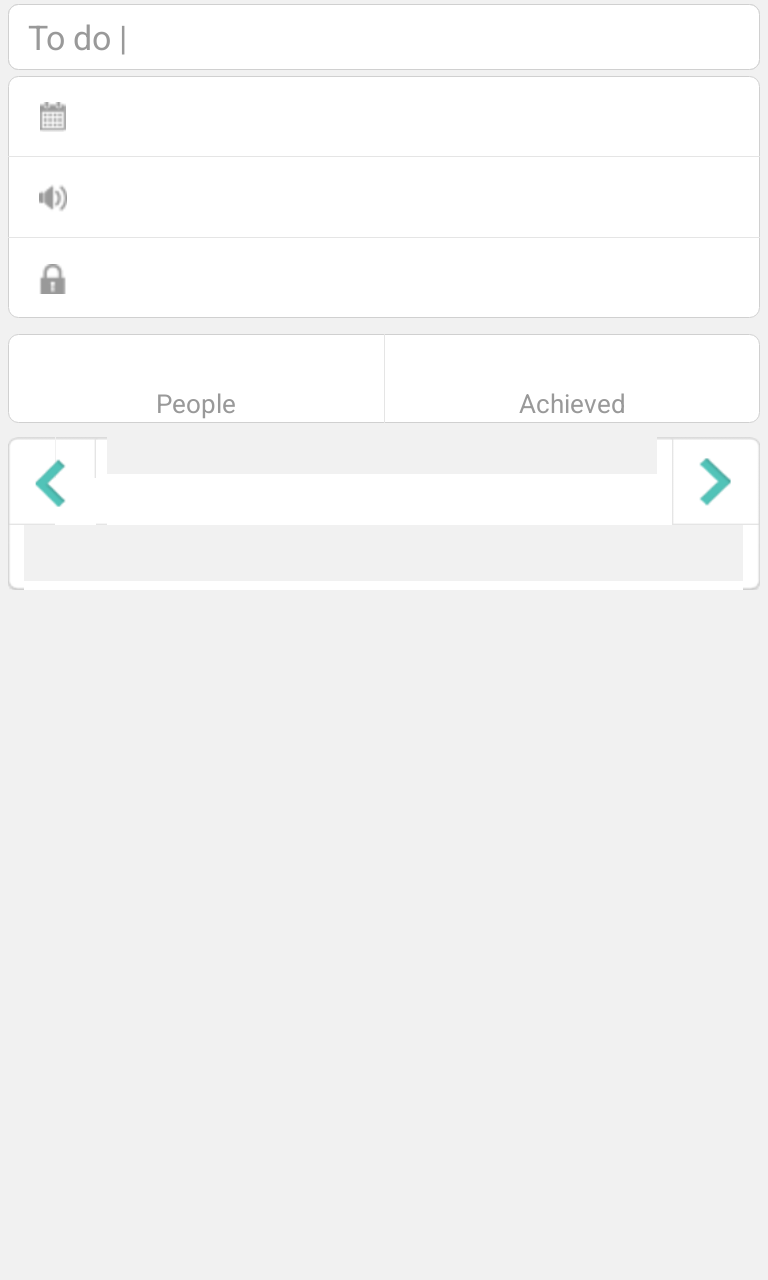
Repository: belhyun/witherest-android
Layout: Witherest/res/layout/fragment_roomwith.xml
The author's editor kept a copy of each file at every save. The layout is drawn from the files as they stood at one save, then again after the next save.
It is drawn on a 768 x 1280 px phone screen (xhdpi) without system bars, with theme android:Theme.Holo; the app's code is not run. Lists and similar views that code fills are empty.

Above is the layout before, as saved 2013-07-07 05:58:19.

After the next save:
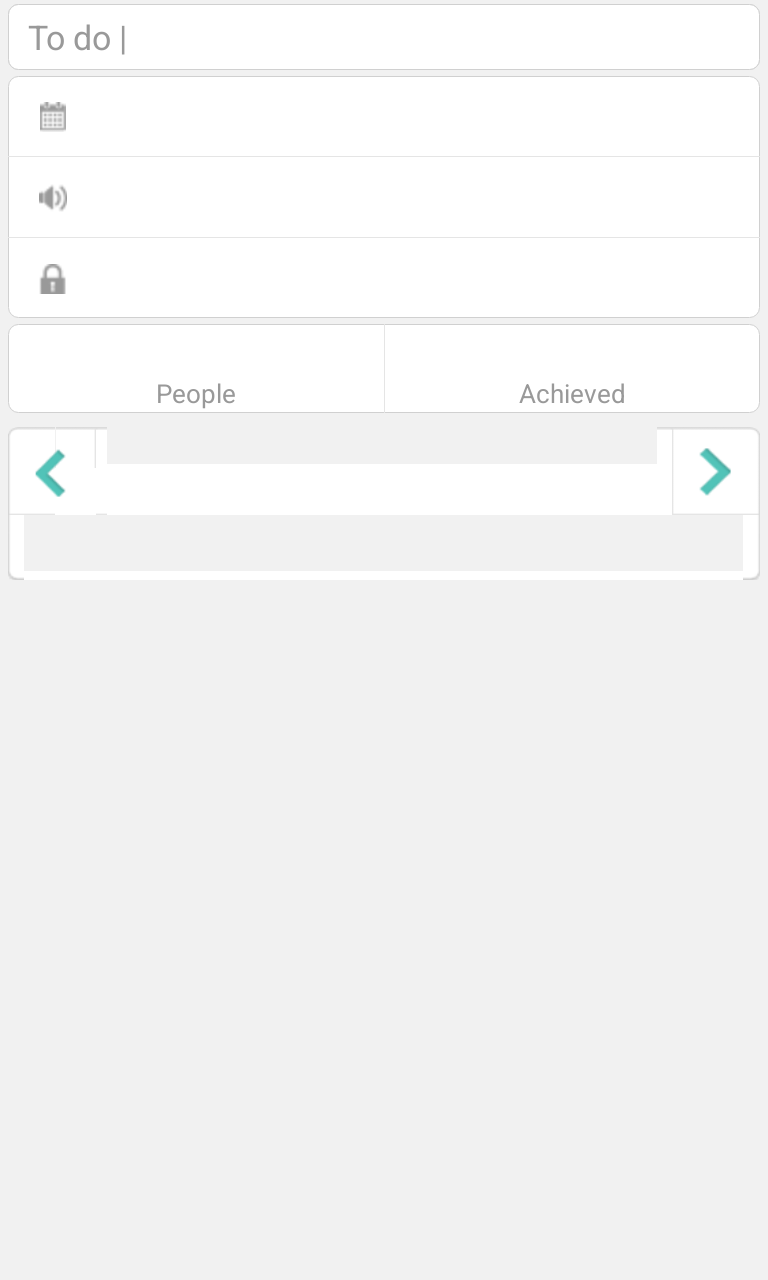
Saved 11 s later.
--- a/Witherest/res/layout/fragment_roomwith.xml
+++ b/Witherest/res/layout/fragment_roomwith.xml
@@ -45,7 +45,7 @@
     <LinearLayout
         android:layout_width="fill_parent"
         android:layout_height="wrap_content"
-        android:layout_marginBottom="8dp"
+        android:layout_marginBottom="3dp"
         android:layout_marginLeft="4dp"
         android:layout_marginRight="4dp"
         android:background="@drawable/roomwith_content_bg"
